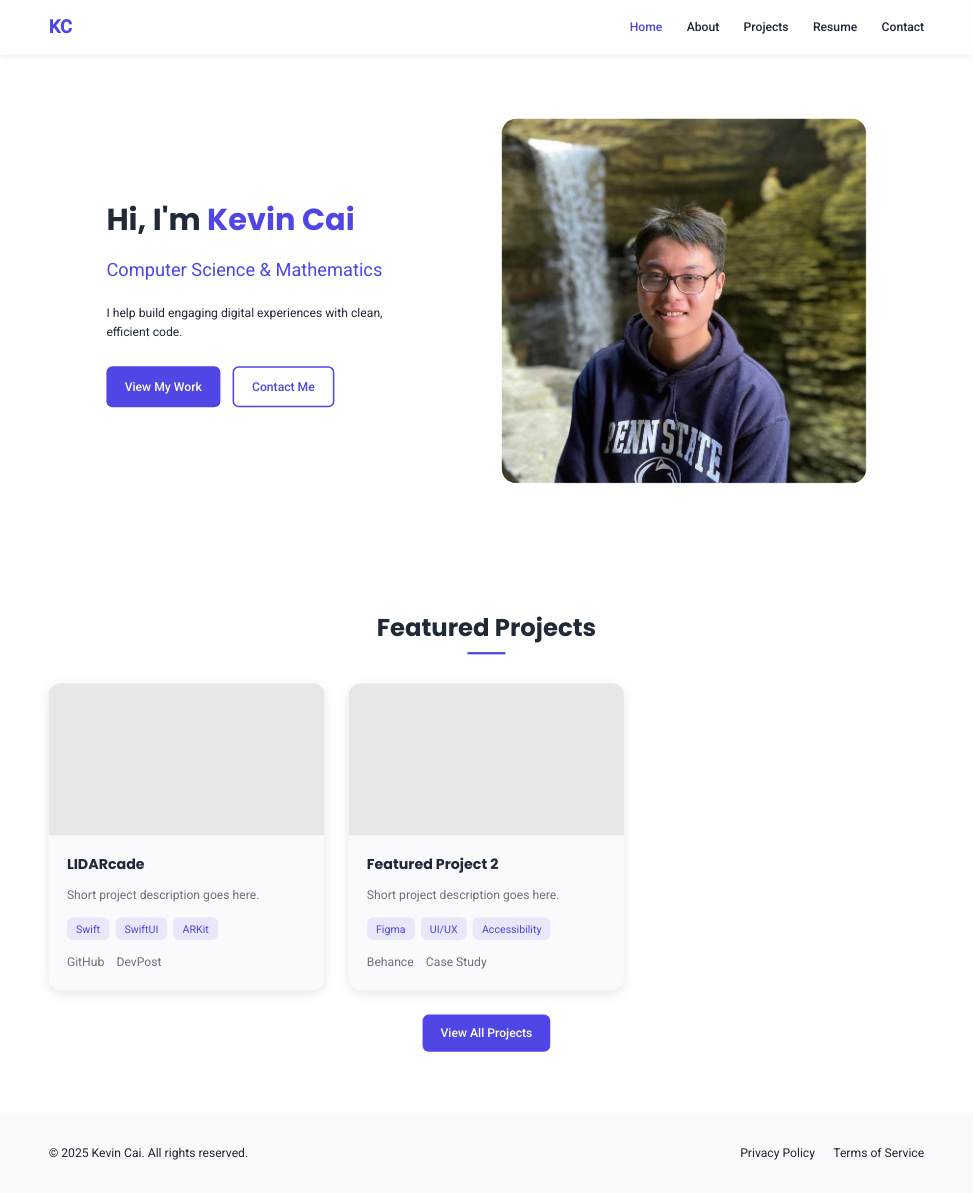
Repository: itskevbo/E-Portfolio
Page: index.html
The author's editor kept a copy of each file at every save. The page is drawn from the files as they stood at one save, then again after the next save.
The browser window is 1280 px wide. The pictures show the whole page, at 76% of full size.

Above is the page before, as saved 2025-04-23 14:54:21.

### index.html
<!DOCTYPE html>
<html lang="en">
<head>
    <meta charset="UTF-8">
    <meta name="viewport" content="width=device-width, initial-scale=1.0">
    <title>Kevin Cai | Home</title>
    <meta name="description" content="Professional portfolio showcasing my projects and skills">

    <!-- Favicon -->
    <link rel="icon" href="assets/images/favicon.ico">

    <!-- CSS -->
    <link rel="stylesheet" href="styles/main.css">

    <!-- Google Fonts (example) -->
    <link rel="preconnect" href="https://fonts.googleapis.com">
    <link rel="preconnect" href="https://fonts.gstatic.com" crossorigin>
    <link href="https://fonts.googleapis.com/css2?family=Poppins:wght@300;400;500;700&family=Roboto:wght@400;500&display=swap" rel="stylesheet">

    <!-- Scroll Reveal (ScrollReveal.js) -->
    <script src="https://unpkg.com/scrollreveal@4.0.9/dist/scrollreveal.min.js"></script>
</head>
<body>
    <!-- Header Component -->
    <header class="header" id="header">
        <div class="container">
            <div class="header__logo">
                <a href="index.html" class="logo">KC</a>
            </div>

            <nav class="header__nav" id="nav-menu">
                <ul class="header__nav-list">
                    <li class="header__nav-item"><a href="index.html" class="header__nav-link active">Home</a></li>
                    <li class="header__nav-item"><a href="pages/about.html" class="header__nav-link">About</a></li>
                    <li class="header__nav-item"><a href="pages/projects.html" class="header__nav-link">Projects</a></li>
                    <li class="header__nav-item"><a href="pages/resume.html" class="header__nav-link">Resume</a></li>
                    <li class="header__nav-item"><a href="pages/contact.html" class="header__nav-link">Contact</a></li>
                </ul>

                <div class="header__nav-toggle" id="nav-toggle">
                    <span></span>
                    <span></span>
                    <span></span>
                </div>
            </nav>
        </div>
    </header>

    <main>
        <!-- Hero Section Component -->
        <section class="hero" id="home">
            <div class="container">
                <div class="hero__content">
                    <h1 class="hero__title">Hi, I'm <span class="highlight">Kevin Cai</span></h1>
                    <p class="hero__subtitle">Computer Science & Mathematics</p>
                    <p class="hero__description">I help build engaging digital experiences with clean, efficient code.</p>
                    <div class="hero__actions">
                        <a href="pages/projects.html" class="btn btn-primary">View My Work</a>
                        <a href="pages/contact.html" class="btn btn-outline">Contact Me</a>
                    </div>
                </div>
                <div class="hero__image" style="width: 480px; height: 480px; overflow: hidden; border-radius: 20px;">
                    <img src="assets/images/profile_pic.jpeg" alt="Hero Image" class="hero__image-img" style="width: 100%; height: 100%; object-fit: cover;">
                </div>
            </div>
        </section>



        <!-- Featured Projects Preview Section -->
        <section class="section">
            <div class="container">
                <h2 class="section__title">Featured Projects</h2>
                <div class="projects__grid">
                    <!-- Only show 2 featured projects on homepage -->
                    <div class="project-card" data-category="web">
                        <div class="project-card__image">
                            <!-- Placeholder for project image -->
                            <div class="project-card__image-placeholder"></div>
                        </div>
                        <div class="project-card__content">
                            <h3 class="project-card__title">LIDARcade</h3>
                            <p class="project-card__description">Short project description goes here.</p>
                            <div class="project-card__tags">
                                <span class="tag">Swift</span>
                                <span class="tag">SwiftUI</span>
                                <span class="tag">ARKit</span>
                            </div>
                            <div class="project-card__links">
                                <a href="#" class="project-card__link" target="_blank">
                                    <span class="icon">GitHub</span>
                                </a>
                                <a href="https://devpost.com/software/lidarcade" class="project-card__link" target="_blank">
                                    <span class="icon">DevPost</span>
                                </a>
                            </div>
                        </div>
                    </div>

                    <div class="project-card" data-category="design">
                        <div class="project-card__image">
                            <!-- Placeholder for project image -->
                            <div class="project-card__image-placeholder"></div>
                        </div>
                        <div class="project-card__content">
                            <h3 class="project-card__title">Featured Project 2</h3>
                            <p class="project-card__description">Short project description goes here.</p>
                            <div class="project-card__tags">
                                <span class="tag">Figma</span>
                                <span class="tag">UI/UX</span>
                                <span class="tag">Accessibility</span>
                            </div>
                            <div class="project-card__links">
                                <a href="#" class="project-card__link" target="_blank">
                                    <span class="icon">Behance</span>
                                </a>
                                <a href="#" class="project-card__link" target="_blank">
                                    <span class="icon">Case Study</span>
                                </a>
                            </div>
                        </div>
                    </div>
                </div>

                <div style="text-align: center; margin-top: 2rem;">
                    <a href="pages/projects.html" class="btn btn-primary">View All Projects</a>
                </div>
            </div>
        </section>
    </main>

    <!-- Footer Component -->
    <footer class="footer">
        <div class="container">
            <div class="footer__content">
                <p>&copy; 2025 Kevin Cai. All rights reserved.</p>
                <div class="footer__links">
                    <a href="#" class="footer__link">Privacy Policy</a>
                    <a href="#" class="footer__link">Terms of Service</a>
                </div>
            </div>
        </div>
    </footer>

    <!-- JS -->
    <script src="scripts/main.js"></script>
</body>
</html>

### styles/main.css
/*=============== VARIABLES ===============*/
:root {
    /* Colors */
    --primary-color: #4f46e5;
    --primary-color-alt: #2f24a5;
    --secondary-color: #3b82f6;
    --accent-color: #8b5cf6;
    --text-color: #1f2937;
    --text-color-light: #6b7280;
    --body-color: #ffffff;
    --container-color: #f9fafb;
    --border-color: #e5e7eb;
    --success-color: #10b981;
    --error-color: #ef4444;

    /* Typography */
    --body-font: 'Roboto', sans-serif;
    --heading-font: 'Poppins', sans-serif;
    --h1-font-size: 2.5rem;
    --h2-font-size: 2rem;
    --h3-font-size: 1.5rem;
    --normal-font-size: 1rem;
    --small-font-size: 0.875rem;
    --smaller-font-size: 0.75rem;

    /* Font weights */
    --font-light: 300;
    --font-regular: 400;
    --font-medium: 500;
    --font-bold: 700;

    /* Z-index */
    --z-tooltip: 10;
    --z-fixed: 100;

    /* Transitions */
    --transition: all 0.3s ease;
}

/*=============== BASE ===============*/
* {
    margin: 0;
    padding: 0;
    box-sizing: border-box;
}

html {
    scroll-behavior: smooth;
}

body {
    font-family: var(--body-font);
    font-size: var(--normal-font-size);
    color: var(--text-color);
    background-color: var(--body-color);
    line-height: 1.6;
}

h1, h2, h3 {
    font-family: var(--heading-font);
    font-weight: var(--font-bold);
    color: var(--text-color);
}

ul {
    list-style: none;
}

a {
    text-decoration: none;
    color: var(--text-color);
    transition: var(--transition);
}

a:hover {
    color: var(--primary-color);
}

img {
    max-width: 100%;
    height: auto;
}

button,
input,
textarea {
    font-family: var(--body-font);
    font-size: var(--normal-font-size);
    outline: none;
    border: none;
}

button {
    cursor: pointer;
    background: none;
}

/*=============== REUSABLE CLASSES ===============*/
.container {
    max-width: 1200px;
    margin: 0 auto;
    padding: 0 1.5rem;
}

.section {
    padding: 5rem 0;
}

.section__title {
    font-size: var(--h2-font-size);
    text-align: center;
    margin-bottom: 3rem;
    position: relative;
}

.section__title::after {
    content: '';
    position: absolute;
    width: 50px;
    height: 3px;
    background-color: var(--primary-color);
    bottom: -10px;
    left: 50%;
    transform: translateX(-50%);
}

.highlight {
    color: var(--primary-color);
}

.grid {
    display: grid;
    gap: 1.5rem;
}

/*=============== BUTTONS ===============*/
.btn {
    display: inline-flex;
    align-items: center;
    justify-content: center;
    padding: 0.75rem 1.5rem;
    border-radius: 0.5rem;
    font-weight: var(--font-medium);
    transition: var(--transition);
}

.btn-primary {
    background-color: var(--primary-color);
    color: white;
}

.btn-primary:hover {
    background-color: var(--primary-color-alt);
    color: white;
}

.btn-outline {
    border: 2px solid var(--primary-color);
    color: var(--primary-color);
}

.btn-outline:hover {
    background-color: var(--primary-color);
    color: white;
}

/*=============== HEADER & NAV ===============*/
.header {
    position: fixed;
    top: 0;
    left: 0;
    width: 100%;
    background-color: var(--body-color);
    box-shadow: 0 2px 10px rgba(0, 0, 0, 0.1);
    z-index: var(--z-fixed);
}

.header .container {
    display: flex;
    align-items: center;
    justify-content: space-between;
    height: 4.5rem;
}

.header__logo .logo {
    font-size: 1.5rem;
    font-weight: var(--font-bold);
    color: var(--primary-color);
}

.header__nav {
    display: flex;
    align-items: center;
}

.header__nav-list {
    display: flex;
    gap: 2rem;
}

.header__nav-link {
    font-weight: var(--font-medium);
}

.header__nav-link.active {
    color: var(--primary-color);
}

.header__nav-toggle {
    display: none;
    flex-direction: column;
    gap: 5px;
    cursor: pointer;
}

.header__nav-toggle span {
    width: 25px;
    height: 2px;
    background-color: var(--text-color);
    transition: var(--transition);
}

/*=============== HERO ===============*/
.hero {
    min-height: 100vh;
    display: flex;
    align-items: center;
    padding-top: 4.5rem;
}

.hero .container {
    display: grid;
    grid-template-columns: 1fr 1fr;
    align-items: center;
    gap: 2.5rem;
}

.hero__title {
    font-size: var(--h1-font-size);
    margin-bottom: 1rem;
}

.hero__subtitle {
    font-size: var(--h3-font-size);
    color: var(--primary-color);
    margin-bottom: 1.5rem;
}

.hero__description {
    margin-bottom: 2rem;
    max-width: 400px;
}

.hero__actions {
    display: flex;
    gap: 1rem;
}

.hero__image-placeholder {
    background-color: var(--border-color);
    border-radius: 1rem;
    height: 400px;
    width: 100%;
}

/*=============== ABOUT ===============*/
.about__content {
    display: grid;
    grid-template-columns: 1fr 1fr;
    gap: 2.5rem;
    align-items: center;
}

.about__text p {
    margin-bottom: 1.5rem;
}

.about__image-placeholder {
    background-color: var(--border-color);
    border-radius: 1rem;
    height: 400px;
    width: 100%;
}

/*=============== PROJECTS ===============*/
.projects__filter {
    display: flex;
    justify-content: center;
    flex-wrap: wrap;
    gap: 1rem;
    margin-bottom: 2rem;
}

.projects__filter-btn {
    padding: 0.5rem 1.5rem;
    border-radius: 0.5rem;
    color: var(--text-color);
    font-weight: var(--font-medium);
    transition: var(--transition);
}

.projects__filter-btn:hover,
.projects__filter-btn.active {
    background-color: var(--primary-color);
    color: white;
}

.projects__grid {
    display: grid;
    grid-template-columns: repeat(auto-fill, minmax(280px, 1fr));
    gap: 2rem;
}

.project-card {
    background-color: var(--container-color);
    border-radius: 1rem;
    overflow: hidden;
    box-shadow: 0 4px 15px rgba(0, 0, 0, 0.1);
    transition: var(--transition);
}

.project-card:hover {
    transform: translateY(-10px);
    box-shadow: 0 10px 25px rgba(0, 0, 0, 0.2);
}

.project-card__image-placeholder {
    background-color: var(--border-color);
    height: 200px;
    width: 100%;
}

.project-card__content {
    padding: 1.5rem;
}

.project-card__title {
    margin-bottom: 0.75rem;
}

.project-card__description {
    color: var(--text-color-light);
    margin-bottom: 1rem;
}

.project-card__tags {
    display: flex;
    flex-wrap: wrap;
    gap: 0.5rem;
    margin-bottom: 1rem;
}

.tag {
    background-color: rgba(79, 70, 229, 0.1);
    color: var(--primary-color);
    padding: 0.25rem 0.75rem;
    border-radius: 0.5rem;
    font-size: var(--small-font-size);
}

.project-card__links {
    display: flex;
    gap: 1rem;
}

.project-card__link {
    color: var(--text-color-light);
}

.project-card__link:hover {
    color: var(--primary-color);
}

/*=============== SKILLS ===============*/
.skills__content {
    display: grid;
    grid-template-columns: repeat(auto-fit, minmax(300px, 1fr));
    gap: 2rem;
}

.skills__category-title {
    margin-bottom: 1.5rem;
    position: relative;
    display: inline-block;
    padding-left: 1rem;
}

.skills__category-title::before {
    content: '';
    position: absolute;
    width: 3px;
    height: 100%;
    background-color: var(--primary-color);
    left: 0;
    top: 0;
}

.skills__list {
    display: grid;
    gap: 1rem;
}

.skill-item {
    display: grid;
    gap: 0.5rem;
}

.skill-item__name {
    display: flex;
    justify-content: space-between;
}

.skill-item__bar {
    width: 100%;
    height: 8px;
    background-color: var(--border-color);
    border-radius: 1rem;
    overflow: hidden;
}

.skill-item__progress {
    height: 100%;
    background-color: var(--primary-color);
    border-radius: 1rem;
}

/*=============== CONTACT ===============*/
.contact__content {
    display: grid;
    grid-template-columns: 1fr 2fr;
    gap: 2.5rem;
}

.contact__info {
    display: grid;
    gap: 2rem;
}

.contact__info-item {
    display: flex;
    align-items: center;
    gap: 1rem;
}

.contact__social {
    display: flex;
    gap: 1rem;
}

.contact__social-link {
    display: flex;
    align-items: center;
    justify-content: center;
    width: 40px;
    height: 40px;
    border-radius: 50%;
    background-color: var(--container-color);
    color: var(--text-color);
    transition: var(--transition);
}

.contact__social-link:hover {
    background-color: var(--primary-color);
    color: white;
}

.contact__form {
    display: grid;
    gap: 1.5rem;
}

.form-group {
    display: grid;
    gap: 0.5rem;
}

.form-group label {
    font-weight: var(--font-medium);
}

.form-group input,
.form-group textarea {
    width: 100%;
    padding: 0.75rem 1rem;
    border: 1px solid var(--border-color);
    border-radius: 0.5rem;
    background-color: var(--container-color);
    transition: var(--transition);
}

.form-group input:focus,
.form-group textarea:focus {
    border-color: var(--primary-color);
}

.form-group textarea {
    height: 150px;
    resize: none;
}

/*=============== FOOTER ===============*/
.footer {
    background-color: var(--container-color);
    padding: 2.5rem 0;
}

.footer__content {
    display: flex;
    justify-content: space-between;
    align-items: center;
}

.footer__links {
    display: flex;
    gap: 1.5rem;
}

/*=============== PAGE TRANSITIONS ===============*/
/** Simple page transitions for now
 *  My goal is to try to add more complex animations later
 */
.page-transition {
    animation: fadeIn 1.0s ease forwards;
}

@keyframes fadeIn {
    from {
        opacity: 0;
    }
    to {
        opacity: 1;
    }
}

@keyframes fadeOut {
    from {
        opacity: 1;
    }
    to {
        opacity: 0;
    }
}

.fade-out {
    animation: fadeOut 1.0s ease forwards;
}

/*=============== MEDIA QUERIES ===============*/
/* For medium devices */
@media screen and (max-width: 968px) {
    :root {
        --h1-font-size: 2.25rem;
        --h2-font-size: 1.75rem;
        --h3-font-size: 1.25rem;
    }

    .hero .container,
    .about__content {
        grid-template-columns: 1fr;
    }

    .hero__image {
        grid-row: 1;
    }

    .contact__content {
        grid-template-columns: 1fr;
    }
}

/* For small devices */
@media screen and (max-width: 768px) {
    .header__nav-list {
        position: fixed;
        top: 4.5rem;
        right: -100%;
        background-color: var(--body-color);
        width: 80%;
        height: 100vh;
        flex-direction: column;
        align-items: center;
        justify-content: center;
        padding: 3rem 0;
        box-shadow: -5px 0 15px rgba(0, 0, 0, 0.1);
        transition: var(--transition);
    }

    .header__nav.show-menu .header__nav-list {
        right: 0;
    }

    .header__nav-toggle {
        display: flex;
    }

    .header__nav-toggle.active span:nth-child(1) {
        transform: rotate(45deg) translate(5px, 5px);
    }

    .header__nav-toggle.active span:nth-child(2) {
        opacity: 0;
    }

    .header__nav-toggle.active span:nth-child(3) {
        transform: rotate(-45deg) translate(5px, -5px);
    }

    .footer__content {
        flex-direction: column;
        gap: 1rem;
    }
}

/* For smaller devices */
@media screen and (max-width: 350px) {
    :root {
        --h1-font-size: 2rem;
        --h2-font-size: 1.5rem;
        --h3-font-size: 1.25rem;
    }

    .container {
        padding: 0 1rem;
    }

    .hero__actions {
        flex-direction: column;
        width: 100%;
    }

    .hero__actions .btn {
        width: 100%;
        text-align: center;
    }

    .projects__filter {
        flex-direction: column;
        width: 100%;
    }
}

Loaded but not shown: scripts/main.js (256 lines, source omitted)

After the next save:
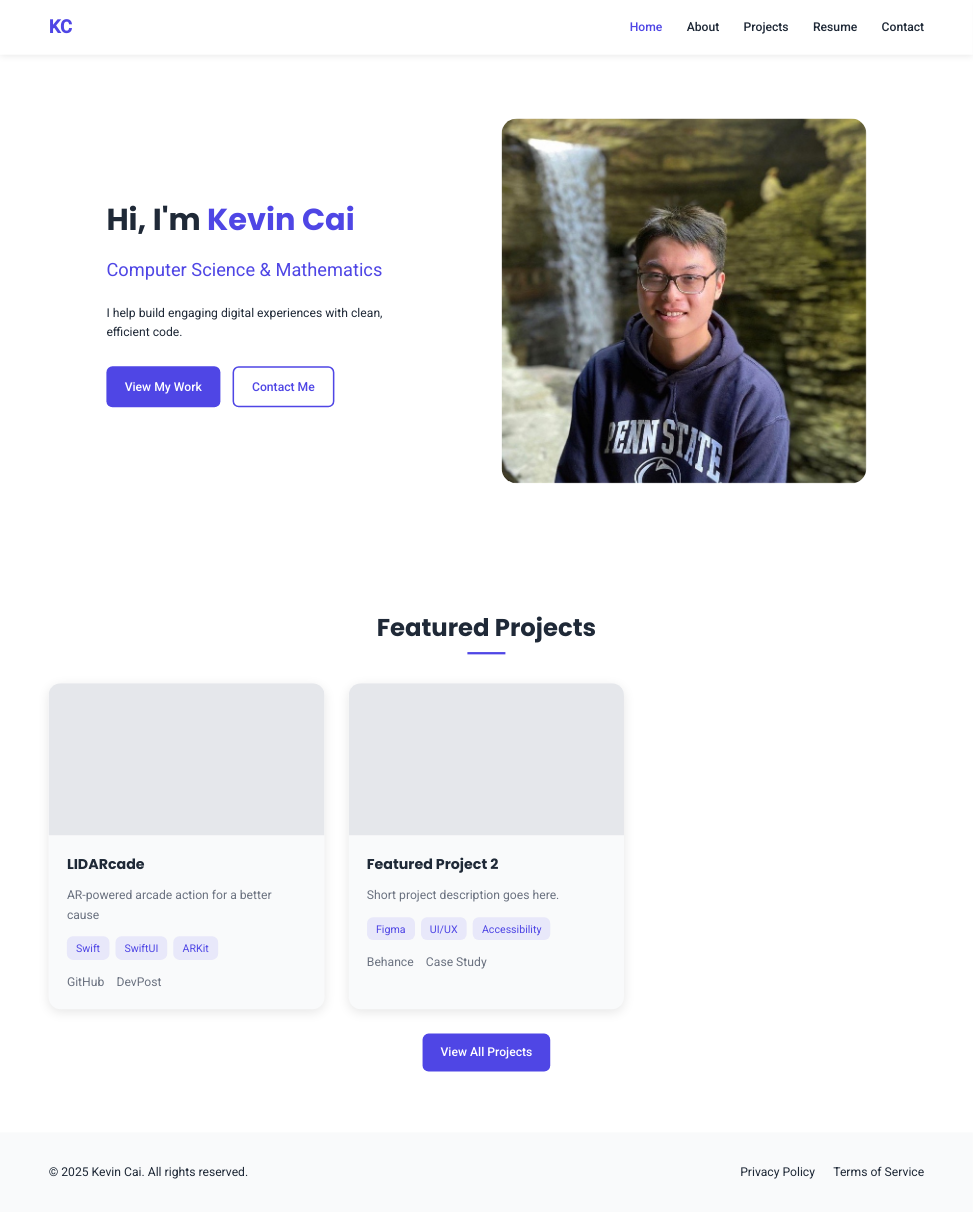
Saved 58 s later.
--- a/index.html
+++ b/index.html
@@ -80,7 +80,7 @@
                         </div>
                         <div class="project-card__content">
                             <h3 class="project-card__title">LIDARcade</h3>
-                            <p class="project-card__description">Short project description goes here.</p>
+                            <p class="project-card__description">AR-powered arcade action for a better cause</p>
                             <div class="project-card__tags">
                                 <span class="tag">Swift</span>
                                 <span class="tag">SwiftUI</span>
